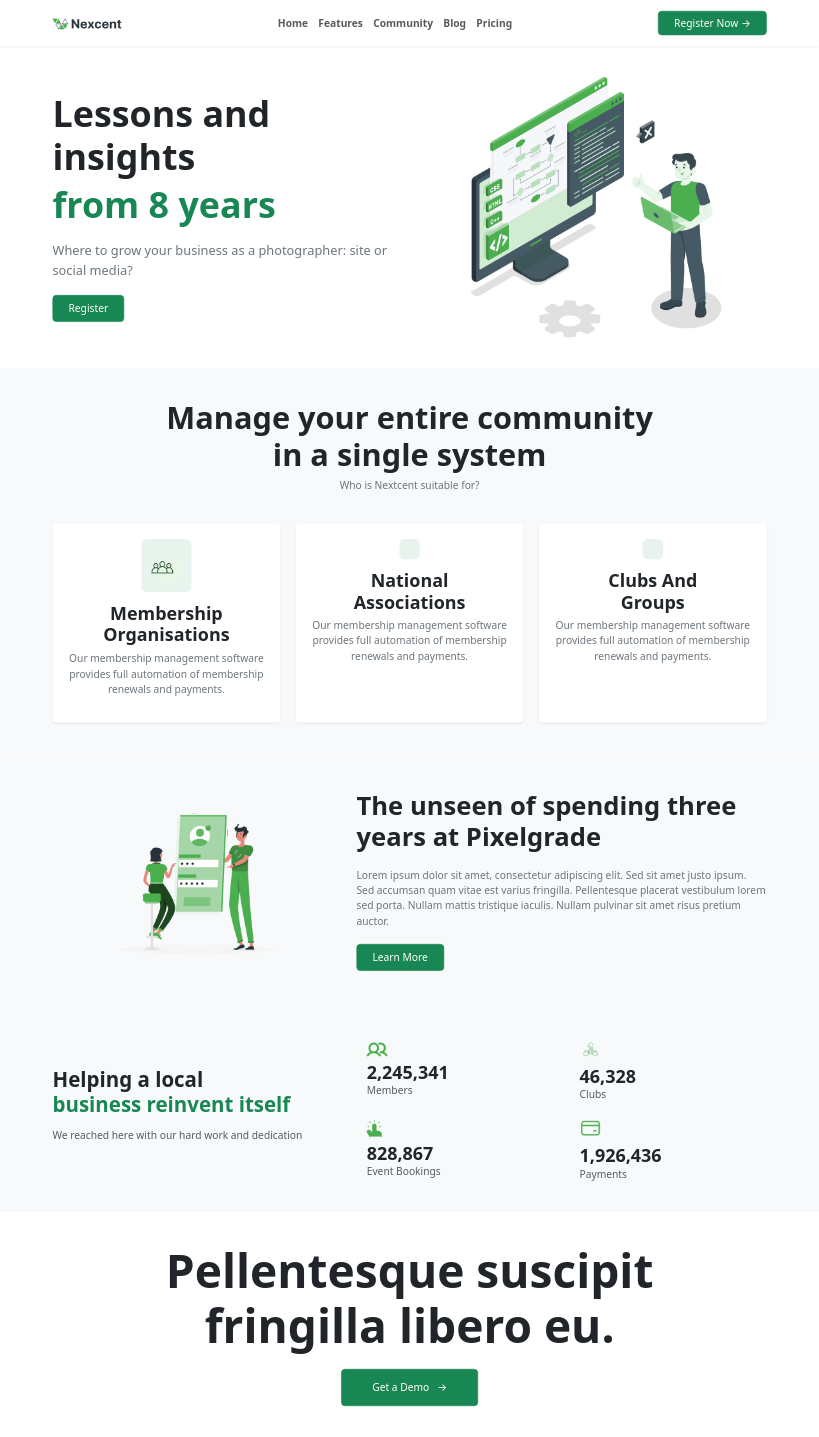
Repository: Laibaaa10/Bootstrap1
Page: index.html
The author's editor kept a copy of each file at every save. The page is drawn from the files as they stood at one save, then again after a run of saves.
The browser window is 1280 px wide. The pictures show the whole page, at 64% of full size.

Above is the page before, as saved 2026-06-18 08:15:17.

### index.html
<!DOCTYPE html>
<html lang="en">

<head>
    <meta charset="UTF-8">
    <meta name="viewport" content="width=device-width, initial-scale=1.0">
    <title>Navbar</title>
    <link href="https://cdn.jsdelivr.net/npm/bootstrap@5.3.3/dist/css/bootstrap.min.css" rel="stylesheet">
    <link rel="stylesheet" href="style.css">
</head>

<body>
    <!-- Navbar start  -->
     <nav class="navbar navbar-expand-lg bg-white shadow-sm py-3">
    <div class="container">

        <a class="navbar-brand" href="#">
            <img src="./images/Logo.png" alt="Logo" class="img-fluid">
        </a>

        <button class="navbar-toggler" type="button"
            data-bs-toggle="collapse"
            data-bs-target="#navbarContent">
            <span class="navbar-toggler-icon"></span>
        </button>

        <div class="collapse navbar-collapse" id="navbarContent">

            <ul class="navbar-nav mx-auto">
                <li class="nav-item">
                    <a class="nav-link fw-semibold" href="#">Home</a>
                </li>

                <li class="nav-item">
                    <a class="nav-link fw-semibold" href="#">Features</a>
                </li>

                <li class="nav-item">
                    <a class="nav-link fw-semibold" href="#">Community</a>
                </li>

                <li class="nav-item">
                    <a class="nav-link fw-semibold" href="#">Blog</a>
                </li>

                <li class="nav-item">
                    <a class="nav-link fw-semibold" href="#">Pricing</a>
                </li>
            </ul>

            <a href="#" class="btn btn-success px-4">
                Register Now →
            </a>

        </div>
    </div>
</nav>
    <!-- Navbar end -->

    <!-- Hero section start  -->
     <section class="container py-5">
    <div class="row flex-lg-row-reverse align-items-center g-5">

        <div class="col-10 col-sm-8 col-lg-6 mx-auto">
            <img src="./images/Illustration.png"
                class="d-block mx-lg-auto img-fluid"
                alt="Hero Image">
        </div>

        <div class="col-lg-6">

            <h1 class="display-4 fw-bold text-dark">
                Lessons and insights
            </h1>

            <h1 class="display-4 fw-bold text-success">
                from 8 years
            </h1>

            <p class="lead text-secondary my-4">
                Where to grow your business as a photographer:
                site or social media?
            </p>

            <a href="#" class="btn btn-success px-4 py-2">
                Register
            </a>

        </div>

    </div>
</section>
<!-- Hero section end -->

             <section class="py-5 bg-light">
    <div class="container">

        <div class="text-center mb-5">
            <h1 class="fw-bold display-5 text-dark">
                Manage your entire community <br>
                in a single system
            </h1>

            <p class="text-secondary">
                Who is Nextcent suitable for?
            </p>
        </div>

        <div class="row g-4">
            <div class="col-md-4">
                <div class="card border-0 shadow-sm h-100 text-center p-4">

                    <div class="mx-auto bg-success bg-opacity-10 rounded-3 p-3 mb-3">
                        <img src="./images/Icon.png" alt="Illustration" class="img-fluid">
                        <i class="bi bi-people fs-2 text-success"></i>
                    </div>

                    <h3 class="fw-bold">
                        Membership <br> Organisations
                    </h3>

                    <p class="text-secondary">
                        Our membership management software provides full automation of membership renewals and payments.
                    </p>

                </div>
            </div>
            <div class="col-md-4">
                <div class="card border-0 shadow-sm h-100 text-center p-4">

                    <div class="mx-auto bg-success bg-opacity-10 rounded-3 p-3 mb-3">
                        <i class="bi bi-building fs-2 text-success"></i>
                    </div>

                    <h3 class="fw-bold">

                        National <br> Associations
                    </h3>

                    <p class="text-secondary">
                        Our membership management software provides full automation of membership renewals and payments.
                    </p>

                </div>
            </div>
            <div class="col-md-4">
                <div class="card border-0 shadow-sm h-100 text-center p-4">

                    <div class="mx-auto bg-success bg-opacity-10 rounded-3 p-3 mb-3">
                        <i class="bi bi-diagram-3 fs-2 text-success"></i>
                    </div>

                    <h3 class="fw-bold">
                        Clubs And <br> Groups
                    </h3>

                    <p class="text-secondary">
                        Our membership management software provides full automation of membership renewals and payments.
                    </p>

                </div>
            </div>

        </div>

    </div>

</section>

<section class="bg-light py-5">
    <div class="container">
        <div class="row align-items-center">
            <div class="col-lg-5 text-center mb-4 mb-lg-0">
                <img src="./images/Frame 35.png" alt="Illustration"
                     class="img-fluid">
            </div>

            <div class="col-lg-7">
                <h1 class="fw-bold text-dark mb-4">
                    The unseen of spending three years at Pixelgrade
                </h1>

                <p class="text-secondary mb-4">
                    Lorem ipsum dolor sit amet, consectetur adipiscing elit.
                    Sed sit amet justo ipsum. Sed accumsan quam vitae est
                    varius fringilla. Pellentesque placerat vestibulum lorem
                    sed porta. Nullam mattis tristique iaculis. Nullam pulvinar
                    sit amet risus pretium auctor.
                </p>

                <button class="btn btn-success px-4 py-2">
                    Learn More
                </button>
            </div>

        </div>
    </div>
</section>

<!-- Stats Section Start -->
<section class="bg-light py-5">
    <div class="container">
        <div class="row align-items-center">

            <div class="col-lg-5">
                <h2 class="fw-bold text-dark">
                    Helping a local <br>
                    <span class="text-success">business reinvent itself</span>
                </h2>
                <p class="text-muted mt-3">
                    We reached here with our hard work and dedication
                </p>
            </div>
            <div class="col-lg-7">
                <div class="row g-4">

                    <div class="col-md-6 d-flex align-items-center">
                        <i class="fa-solid fa-users text-success fs-1 me-3"></i>
                        <div>
                            <img src="./images/Vector.png" alt="Illustration" class="img-fluid mb-2">
                            <h3 class="fw-bold mb-0">2,245,341</h3>
                            <p class="text-muted mb-0">Members</p>
                        </div>
                    </div>

                    <div class="col-md-6 d-flex align-items-center">
                        <i class="fa-solid fa-handshake text-success fs-1 me-3"></i>
                        <div>
                            <img src="./images/Icon (1).png" alt="Illustration" class="img-fluid mb-2">
                            <h3 class="fw-bold mb-0">46,328</h3>
                            <p class="text-muted mb-0">Clubs</p>
                        </div>
                    </div>

                    <div class="col-md-6 d-flex align-items-center">
                        <i class="fa-solid fa-calendar-check text-success fs-1 me-3"></i>
                        <div>
                            <img src="./images/Vector (1).png" alt="Illustration" class="img-fluid mb-2">
                            <h3 class="fw-bold mb-0">828,867</h3>
                            <p class="text-muted mb-0">Event Bookings</p>
                        </div>
                    </div>

                    <div class="col-md-6 d-flex align-items-center">
                        <i class="fa-regular fa-credit-card text-success fs-1 me-3"></i>
                        <div>
                            <img src="./images/Icon (2).png" alt="Illustration" class="img-fluid mb-2">
                            <h3 class="fw-bold mb-0">1,926,436</h3>
                            <p class="text-muted mb-0">Payments</p>
                        </div>
                    </div>

                </div>
            </div>

        </div>
    </div>
</section>
<!-- Stats Section End -->

<!--Demo Section Start-->
<section class="py-5 text-center">
    <div class="container">
        <h1 class="display-2 fw-bold text-dark mb-4">
            Pellentesque suscipit <br>
            fringilla libero eu.
        </h1>

        <button class="btn btn-success px-5 py-3">
            Get a Demo &nbsp; →
        </button>
    </div>
</section>
<!--Demo Section End-->

</body>
</html>
        <script src="https://cdn.jsdelivr.net/npm/bootstrap@5.3.3/dist/js/bootstrap.bundle.min.js"></script>

</body>

</html>

Loaded but not shown: style.css (no stored copy; drawn as an empty file)

After the next 2 saves:
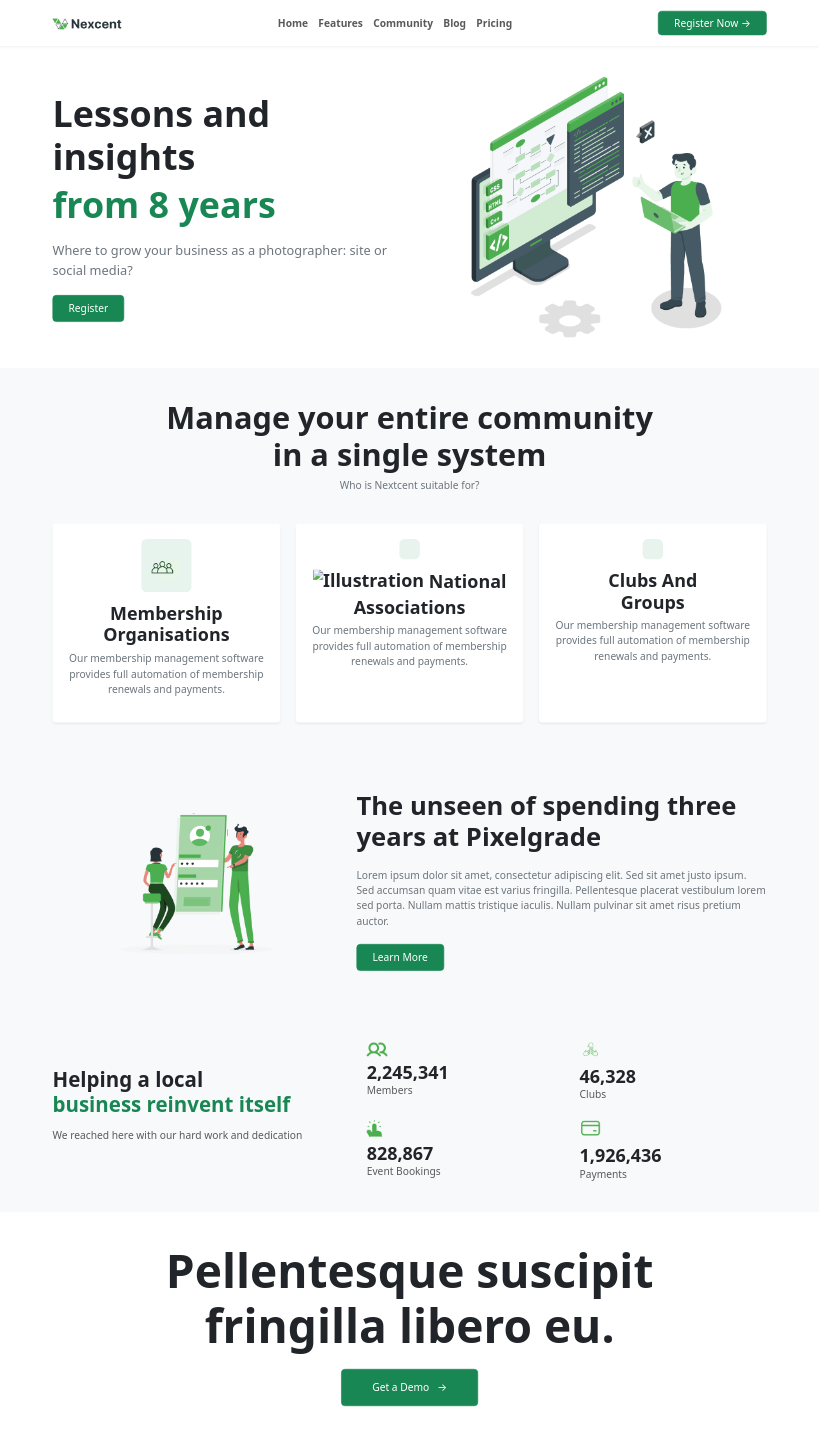
Not found: images/Vector (2).png
The 2 saves are shown as one change because they came seconds apart.
The last was saved 7 s later.
--- a/index.html
+++ b/index.html
@@ -133,7 +133,7 @@
                     </div>
 
                     <h3 class="fw-bold">
-
+                        <img src="./images/Vector (2).png" alt="Illustration" class="img-fluid mb-2">
                         National <br> Associations
                     </h3>
 

After the 5 saves that followed:
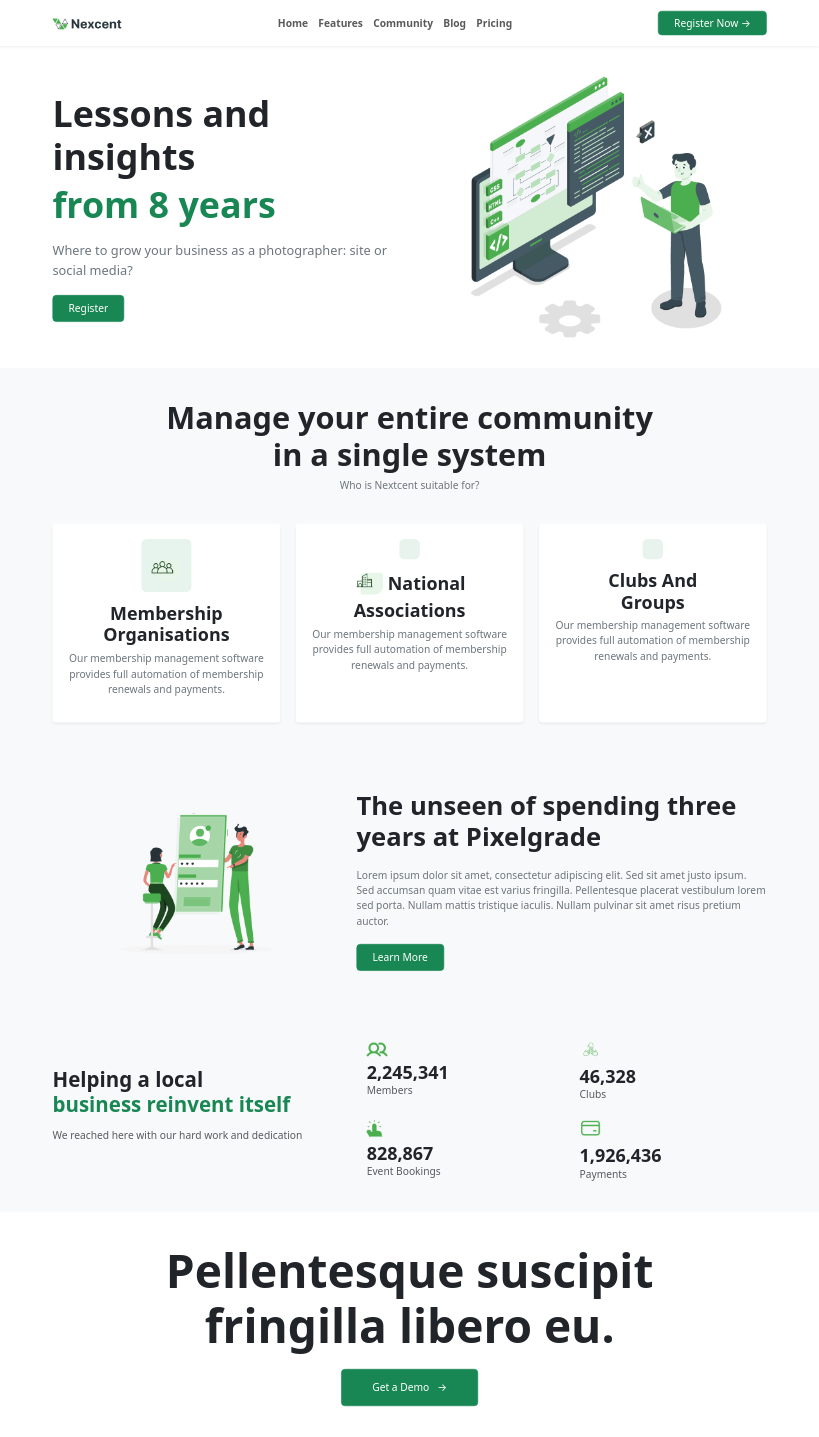
The 5 saves are shown as one change because 2 left the picture as it was and some came seconds apart.
The last was saved 42 s later.
--- a/index.html
+++ b/index.html
@@ -133,7 +133,7 @@
                     </div>
 
                     <h3 class="fw-bold">
-                        <img src="./images/Vector (2).png" alt="Illustration" class="img-fluid mb-2">
+                        <img src="./images/Icon (4).png" alt="Illustration" class="img-fluid mb-2">
                         National <br> Associations
                     </h3>
 
